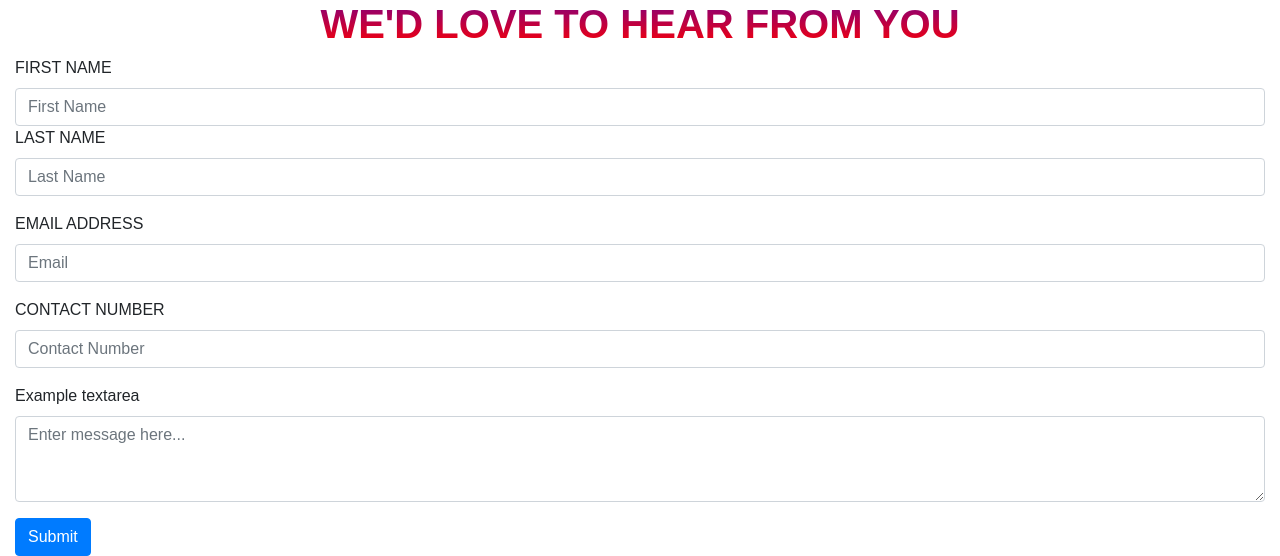
Repository: KJY93/User_Centric_Frontend_Development_Project
Page: contact.html
The author's editor kept a record of every edit. The page is drawn from the files as they stood at one moment, then again after the next edit.
The browser window is 1280 px wide. The pictures show the part of the page from y = 263 to 819 px (the page is 819 px tall before and 803 px after).
Some web fonts or font styles are not loaded; a fallback is used. Some web libraries are served in a nearby version.

Above is the page before.

After the next edit:
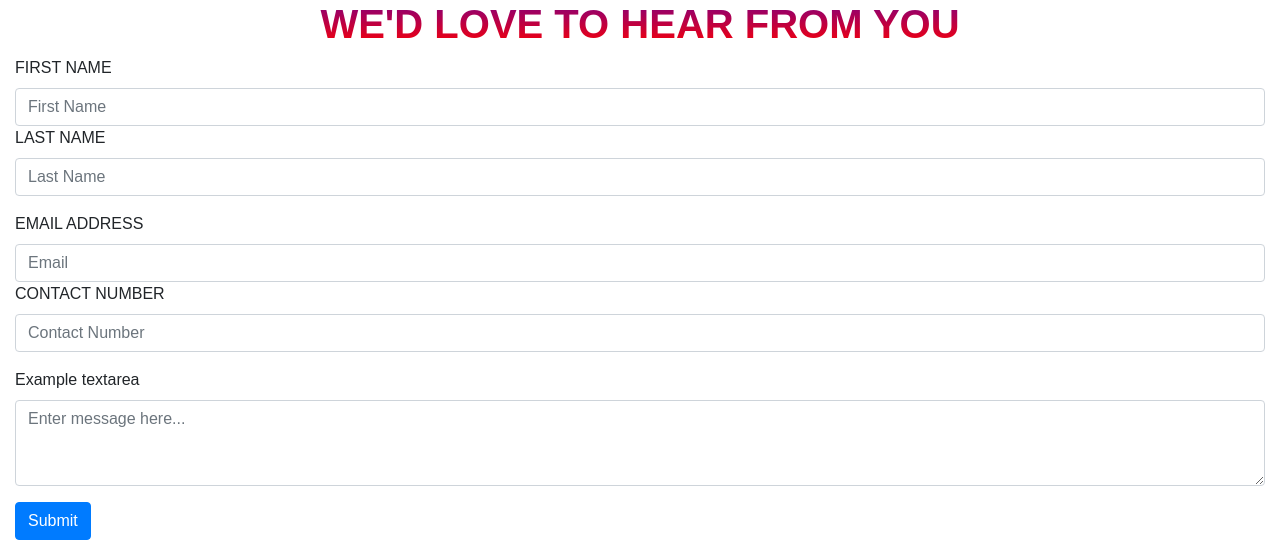
The edit:
--- a/contact.html
+++ b/contact.html
@@ -74,7 +74,7 @@
                     </div>
 
                     <div class="form-group">
-                        <label for="email-address">EMAIL ADDRESS</label>
+                        <div class="form-attribute"><label for="email-address">EMAIL ADDRESS</label>
                         <input type="email" class="form-control" id="email-address" placeholder="Email">
                     </div>
 
